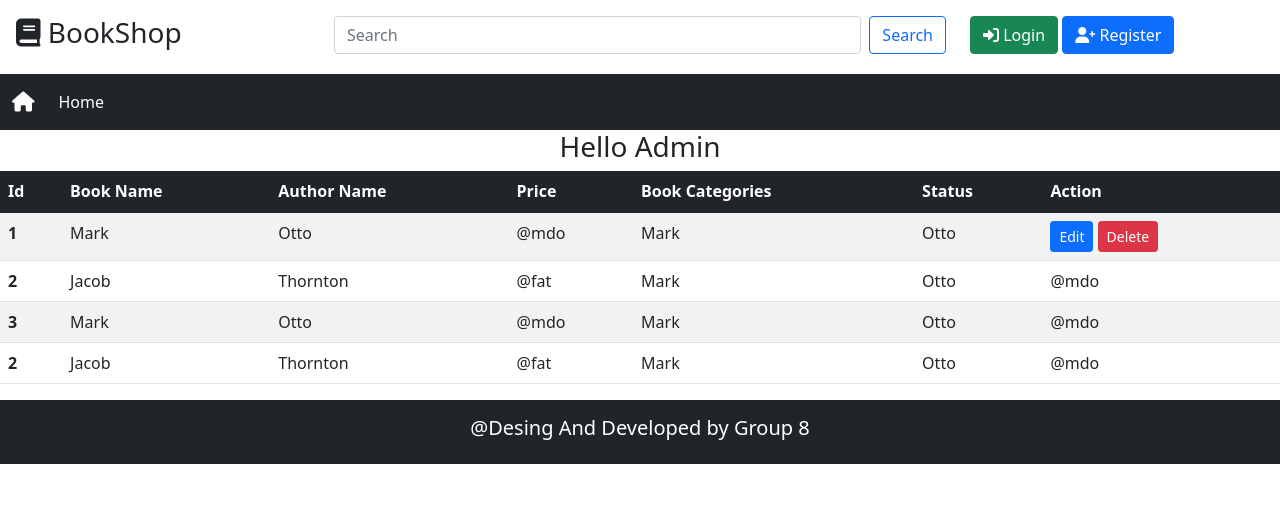
Repository: Abhishekverma23797/BookShopApp
Page: http://localhost/Ebook-App/Admin/all_books.jsp
An editor plug-in stored every save of this project. The page is shown before and after the next save, followed by the edit.
The browser window is 1280 px wide. The pictures show the whole page.
The page is served by Tomcat 9. Other server files are loaded and not shown.

Above is the page before, as saved 2021-12-09 10:30:24.

### Ebook-App/src/main/webapp/Admin/all_books.jsp
<%@ page language="java" contentType="text/html; charset=ISO-8859-1"
	pageEncoding="ISO-8859-1"%>
<!DOCTYPE html>
<html>
<head>
<meta charset="ISO-8859-1">
<title>All Books</title>
<%@include file="AllCss.jsp"%>
</head>
<body>
	<%@include file="navbar.jsp"%>
	<h3 class="text-center">Hello Admin</h3>

	<table class="table table-striped table-hover">
		<thead class="table-dark">
			<tr>
				<th scope="col">Id</th>
				<th scope="col">Book Name</th>
				<th scope="col">Author Name</th>
				<th scope="col">Price</th>
				<th scope="col">Book Categories</th>
				<th scope="col">Status</th>
				<th scope="col">Action</th>
			</tr>
		</thead>
		<tbody>
			<tr>
				<th scope="row">1</th>
				<td>Mark</td>
				<td>Otto</td>
				<td>@mdo</td>
				<td>Mark</td>
				<td>Otto</td>
				<td><a href="#" class="btn btn-sm btn-primary">Edit</a> <a
					href="#" class="btn btn-sm btn-danger">Delete</a></td>
			</tr>
			<tr>
				<th scope="row">2</th>
				<td>Jacob</td>
				<td>Thornton</td>
				<td>@fat</td>
				<td>Mark</td>
				<td>Otto</td>
				<td>@mdo</td>
			</tr>
			<tr>
				<th scope="row">3</th>
				<td>Mark</td>
				<td>Otto</td>
				<td>@mdo</td>
				<td>Mark</td>
				<td>Otto</td>
				<td>@mdo</td>
			</tr>
			<tr>
				<th scope="row">2</th>
				<td>Jacob</td>
				<td>Thornton</td>
				<td>@fat</td>
				<td>Mark</td>
				<td>Otto</td>
				<td>@mdo</td>
			</tr>
		</tbody>
	</table>
	<%@include file="footer.jsp"%>
</body>
</html>

### Ebook-App/src/main/webapp/Admin/AllCss.jsp
<!-- CSS only -->
<link
	href="https://cdn.jsdelivr.net/npm/bootstrap@5.1.3/dist/css/bootstrap.min.css"
	rel="stylesheet"
	integrity="sha384-1BmE4kWBq78iYhFldvKuhfTAU6auU8tT94WrHftjDbrCEXSU1oBoqyl2QvZ6jIW3"
	crossorigin="anonymous">


<!-- JavaScript Bundle with Popper -->
<script
	src="https://cdn.jsdelivr.net/npm/bootstrap@5.1.3/dist/js/bootstrap.bundle.min.js"
	integrity="sha384-ka7Sk0Gln4gmtz2MlQnikT1wXgYsOg+OMhuP+IlRH9sENBO0LRn5q+8nbTov4+1p"
	crossorigin="anonymous"></script>


<link rel="stylesheet"
	href="https://cdnjs.cloudflare.com/ajax/libs/font-awesome/6.0.0-beta3/css/all.min.css"
	integrity="sha512-Fo3rlrZj/k7ujTnHg4CGR2D7kSs0v4LLanw2qksYuRlEzO+tcaEPQogQ0KaoGN26/zrn20ImR1DfuLWnOo7aBA=="
	crossorigin="anonymous" referrerpolicy="no-referrer" />

<link rel="stylesheet" href="style.css">

### Ebook-App/src/main/webapp/Admin/navbar.jsp

<div class="container-fluid p-3">


	<div class="row">

		<div class="col-md-3">

			<h3>

				<i class="fas fa-book"></i> BookShop
			</h3>
		</div>

		<div class="col-md-6">
			<form class="d-flex">
				<input class="form-control me-2 my-lg-0" type="search"
					placeholder="Search" aria-label="Search">
				<button class="btn btn-outline-primary" type="submit">Search</button>
			</form>
		</div>

		<div class="col-md-3">

			<a href="Login.jsp" class="btn btn-success "><i
				class="fas fa-sign-in-alt"></i> Login</a> <a href="Register.jsp"
				class="btn btn-primary"><i class="fas fa-user-plus"></i>
				Register</a>

		</div>

	</div>

</div>
<nav class="navbar navbar-expand-lg navbar-dark bg-dark bg-custom">
	<div class="container-fluid">
		<a class="navbar-brand" href="#"><i class="fas fa-home"></i></a>
		<button class="navbar-toggler" type="button" data-bs-toggle="collapse"
			data-bs-target="#navbarSupportedContent"
			aria-controls="navbarSupportedContent" aria-expanded="false"
			aria-label="Toggle navigation">
			<span class="navbar-toggler-icon"></span>
		</button>
		<div class="collapse navbar-collapse" id="navbarSupportedContent">
			<ul class="navbar-nav me-auto mb-2 mb-lg-0">
				<li class="nav-item"><a class="nav-link active"
					aria-current="page" href="home.jsp"> Home</a></li>

				</form>
		</div>
	</div>
</nav>

### Ebook-App/src/main/webapp/Admin/footer.jsp
<div class="conatiner-fluid text-center text-white p-3 mt-2 bg-dark " >

<h5>@Desing And Developed by Group 8</h5>

</div>

### Ebook-App/src/main/webapp/Admin/style.css

.bg-custom{

	background-color: #303f9f;
}

.navbar .nav-item:hover  {

	background-color: black;
	color: blue;
	border-radius: 20px

}

After the next save:
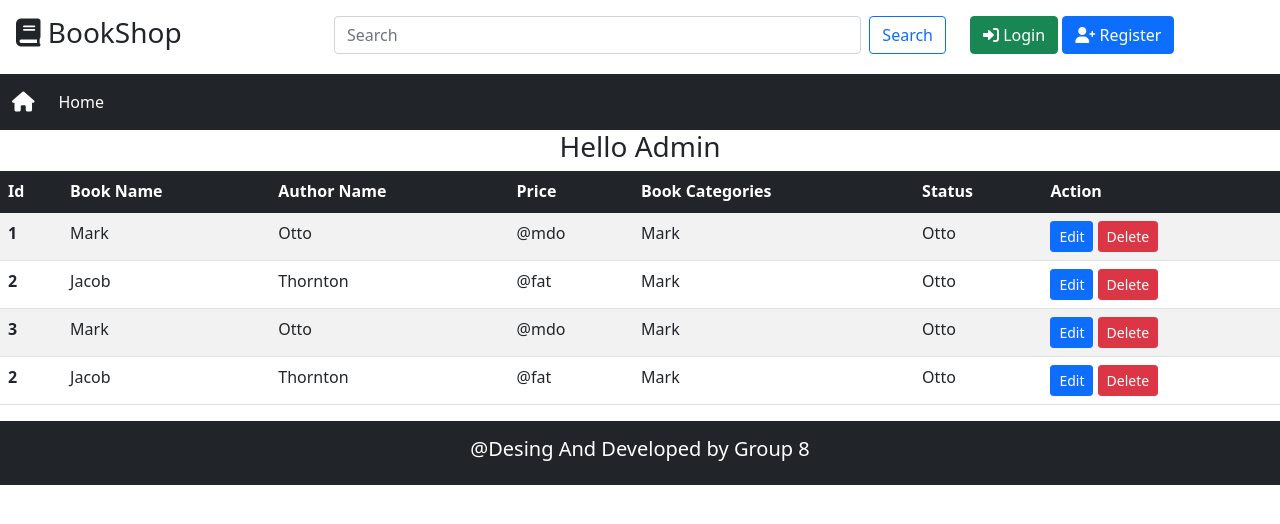
Saved 66 s later.
--- a/Ebook-App/src/main/webapp/Admin/all_books.jsp
+++ b/Ebook-App/src/main/webapp/Admin/all_books.jsp
@@ -31,8 +31,10 @@
 				<td>@mdo</td>
 				<td>Mark</td>
 				<td>Otto</td>
-				<td><a href="#" class="btn btn-sm btn-primary">Edit</a> <a
-					href="#" class="btn btn-sm btn-danger">Delete</a></td>
+				<td>
+				<a href="#" class="btn btn-sm btn-primary">Edit</a>
+				<a href="#" class="btn btn-sm btn-danger">Delete</a>
+				</td>
 			</tr>
 			<tr>
 				<th scope="row">2</th>
@@ -41,7 +43,10 @@
 				<td>@fat</td>
 				<td>Mark</td>
 				<td>Otto</td>
-				<td>@mdo</td>
+				<td>
+				<a href="#" class="btn btn-sm btn-primary">Edit</a>
+				<a href="#" class="btn btn-sm btn-danger">Delete</a>
+				</td>
 			</tr>
 			<tr>
 				<th scope="row">3</th>
@@ -50,7 +55,10 @@
 				<td>@mdo</td>
 				<td>Mark</td>
 				<td>Otto</td>
-				<td>@mdo</td>
+				<td>
+				<a href="#" class="btn btn-sm btn-primary">Edit</a>
+				<a href="#" class="btn btn-sm btn-danger">Delete</a>
+				</td>
 			</tr>
 			<tr>
 				<th scope="row">2</th>
@@ -59,7 +67,10 @@
 				<td>@fat</td>
 				<td>Mark</td>
 				<td>Otto</td>
-				<td>@mdo</td>
+				<td>
+				<a href="#" class="btn btn-sm btn-primary">Edit</a>
+				<a href="#" class="btn btn-sm btn-danger">Delete</a>
+				</td>
 			</tr>
 		</tbody>
 	</table>
